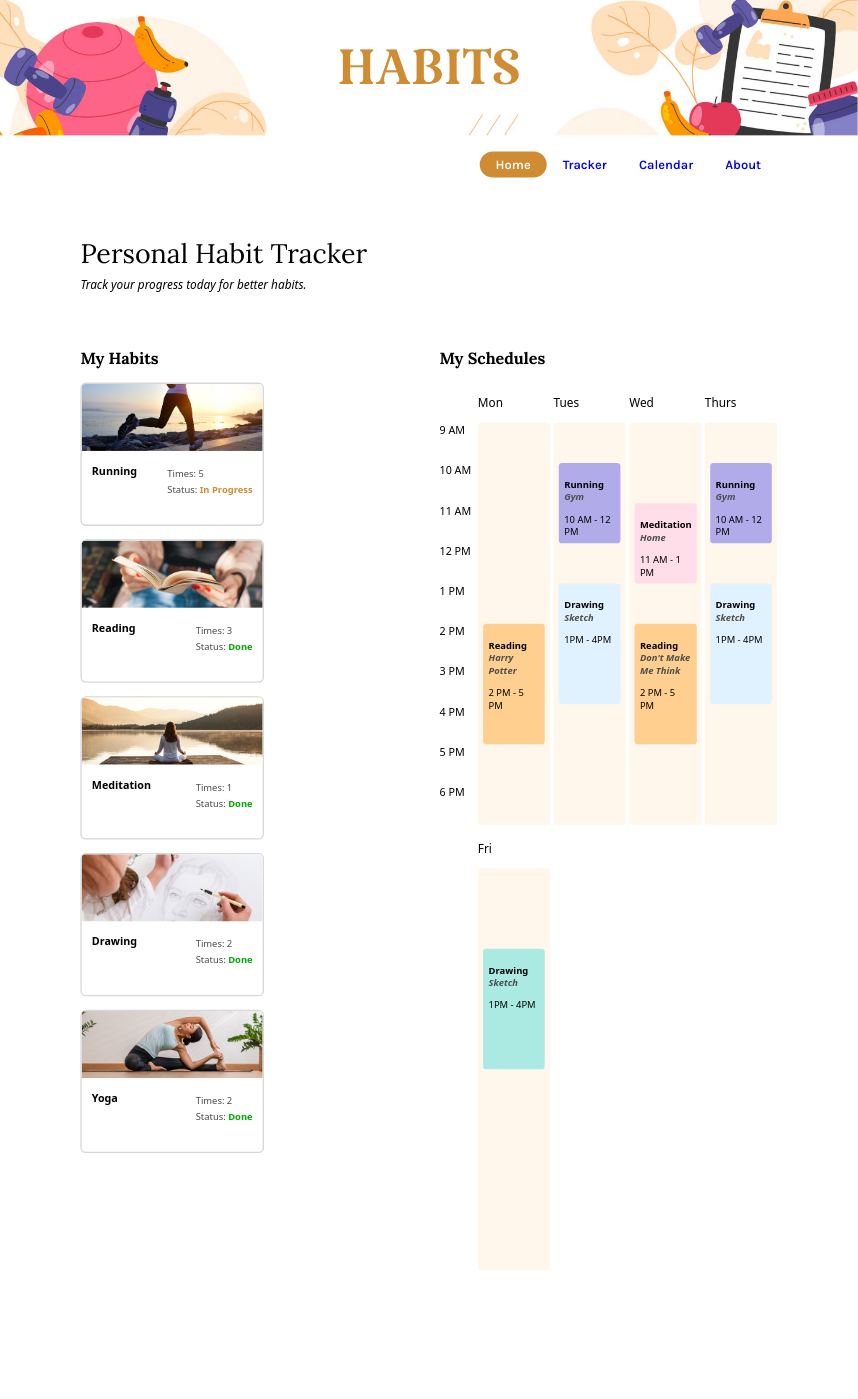
Repository: SandyLy453/habit-tracker
Page: http://localhost/
An editor plug-in stored every save of this project. The page is shown before and after the next save, followed by the edit.
The browser window is 1280 px wide. The pictures show the whole page, at 67% of full size.
The page is served by the project's Node server (server.js).

Above is the page before, as saved 2025-03-17 13:52:53.

After the next save:
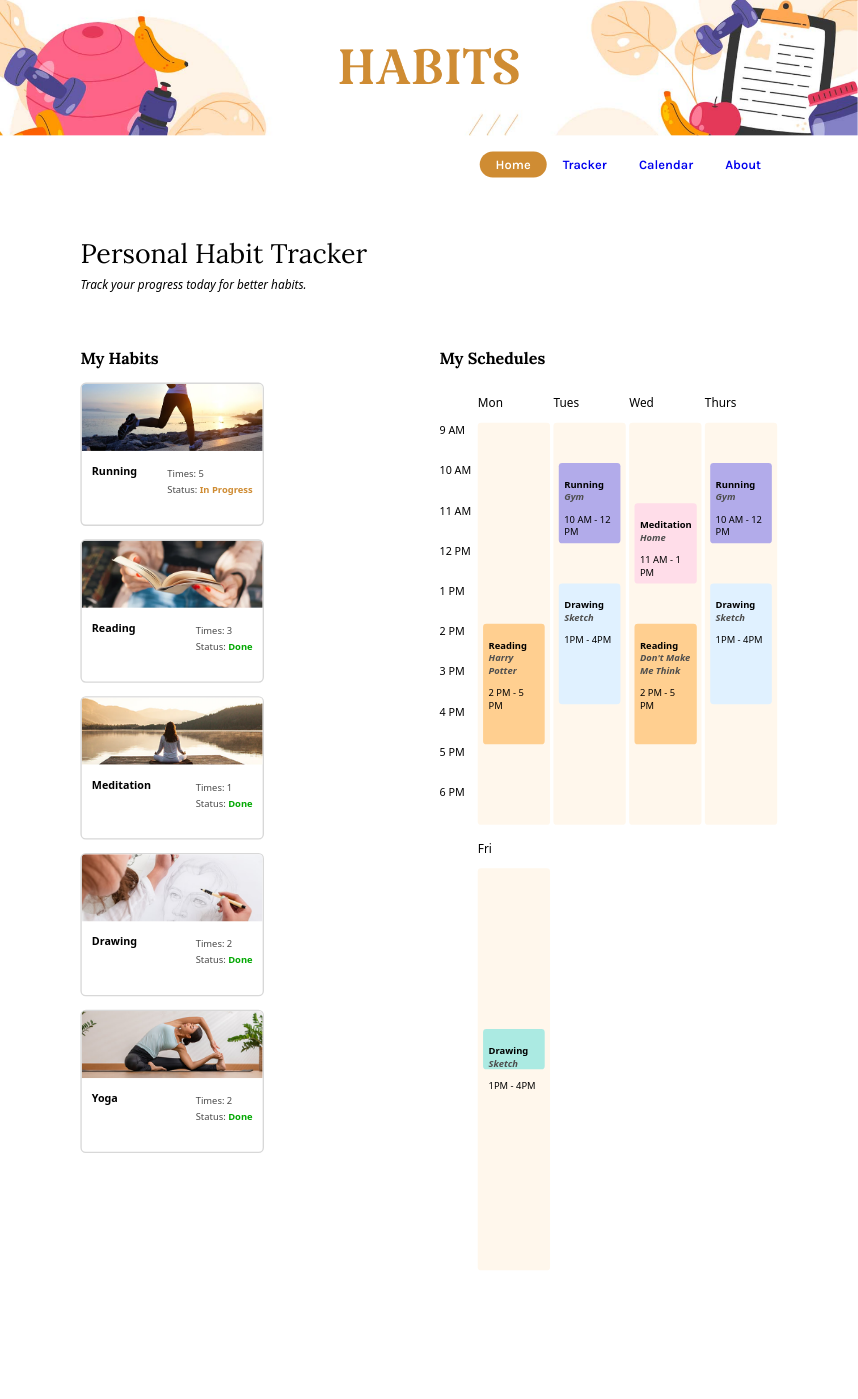
Saved 28 s later.
--- a/views/pages/home.ejs
+++ b/views/pages/home.ejs
@@ -155,7 +155,7 @@
                       <p class="date-day">Fri</p>
                     </div>
                     <div class="events">
-                    <div class="event start-11 end-2 yoga">
+                    <div class="event start-1 end-2 yoga">
                       <p class="title">Drawing<br><span style="font-style: italic; color: #4e4e4e">Sketch</p>
                       <p class="time">1PM - 4PM</p>
                     </div>
